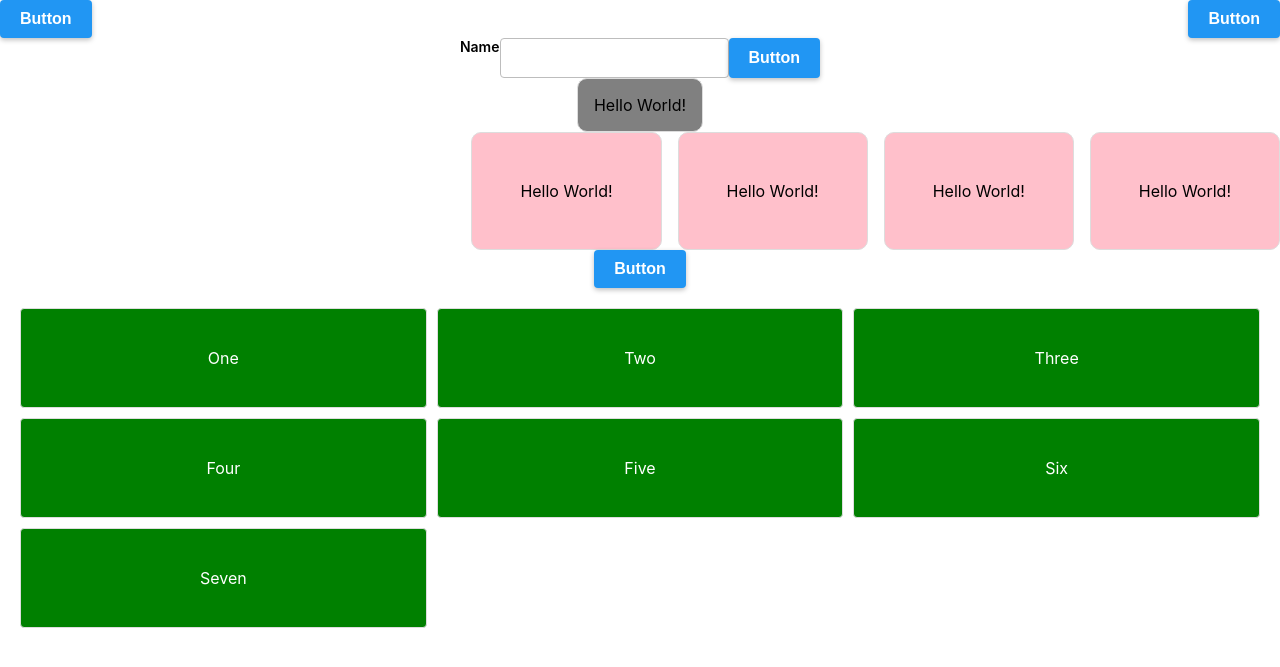
Repository: roistyx/react
Page: /components (app in layouts-app/)
These files come from the project's save history. The page is drawn as it stood at one moment and after the next save; the edit follows.
The browser window is 1280 px wide. The pictures show the whole page.
The project was rebuilt for these pictures with package versions that can differ from the ones it lists, and the page was loaded fresh each time.

Above is the page before, as saved 2023-04-27 15:25:58.

### layouts-app/src/App.js
import React from 'react';
import { Between, SpaceEvenly, Center, FlexEnd } from './layouts/Line';
import { Btn } from './elements/Btn';
import { Rows } from './layouts/Line';
import SearchField from './elements/TextField';
import { AlignCenter } from './layouts/Line';
import { Box } from './layouts/Box';
import { Grid } from './layouts/Grid';

export default function App() {
	return (
		<div>
			<Between>
				<Btn>Button</Btn>
				<Btn>Button</Btn>
			</Between>
			<Rows>
				<AlignCenter>
					<SearchField />
				</AlignCenter>
			</Rows>
			<Center>
				<Box bgColor="grey" borderRadius="10px" gap="1rem">
					<span>Hello World!</span>
				</Box>
			</Center>
			<FlexEnd>
				<Box bgColor="pink" borderRadius="10px" gap="3rem">
					<span>Hello World!</span>
				</Box>
				<Box bgColor="pink" borderRadius="10px" gap="3rem">
					<span>Hello World!</span>
				</Box>
				<Box bgColor="pink" borderRadius="10px" gap="3rem">
					<span>Hello World!</span>
				</Box>
				<Box bgColor="pink" borderRadius="10px" gap="3rem">
					<span>Hello World!</span>
				</Box>
			</FlexEnd>
			<Center>
				<Btn>Button</Btn>
			</Center>
			<Grid gap="20px" bgColor="pink">
				<Box>One</Box>
				<Box>Two</Box>
				<Box>Three</Box>
				<Box>Four</Box>
				<Box>Five</Box>
				<Box>Six</Box>
				<Box>Seven</Box>
			</Grid>
		</div>
	);
}

### layouts-app/src/layouts/Line.js
import './Line.css';

export const Line = ({ children, addClass }) => {
	return <div className={`Line ${addClass || ''}`}>{children}</div>;
};

export const FlexEnd = (props) => {
	return <Line {...props} addClass="flex-end" />;
};

export const Between = (props) => {
	return <Line {...props} addClass="between" />;
};

export const Center = (props) => {
	return <Line {...props} addClass="center" />;
};

export const SpaceEvenly = (props) => {
	return <Line {...props} addClass="evenly" />;
};

export const Rows = (props) => {
	return <Line {...props} addClass="rows" />;
};

export const AlignStart = ({ children }) => {
	return <div className="AlignStart">{children}</div>;
};

export const AlignCenter = ({ children }) => {
	return <div className="AlignCenter">{children}</div>;
};

### layouts-app/src/elements/Btn.js
import { Button } from '@mui/material';
import './Btn.css';
export const Btn = ({ children }) => {
	return (
		<button className="Btn">
			<span>{children}</span>{' '}
		</button>
		// <Button variant="contained" color="primary">
		// 	{' '}
		// 	<span>{children}</span>{' '}
		// </Button>
	);
};

### layouts-app/src/elements/TextField.js
import '../elements/TextField.css';
import React from 'react';
import { Btn } from '../elements/Btn.js';
import { TextField } from '@mui/material';

const SearchField = () => {
	return (
		<div>
			<form class="text-field">
				<label for="name">Name</label>
				<input type="text" id="name" name="name" />
				<Btn>Button</Btn>
			</form>
		</div>
	);
};

export default SearchField;

### layouts-app/src/layouts/Box.js
import './Box.css';

export const Box = ({ bgColor, borderRadius, gap, children }) => {
	const style = {
		...(bgColor ? { '--background': bgColor } : {}),
		...(borderRadius ? { '--border-radius': borderRadius } : {}),
		...(gap ? { '--gap': gap } : {}),
	};

	return (
		<div className="Box" style={style}>
			{children}
		</div>
	);
};

### layouts-app/src/layouts/Grid.js
import './Grid.css';

export const Grid = ({ bgColor, gap, children }) => {
	console.log(bgColor, gap, 'bgColor, gap');
	const style = {
		...(bgColor ? { '--background-color': bgColor } : {}),
		...(gap ? { '--gap': gap } : {}),
	};
	return (
		<div className="Grid" style={style}>
			{children}
		</div>
	);
};

### layouts-app/src/layouts/Line.css
.Line {
	display: flex;
	gap: var(--gap);
	height: 100%;
	align-items: center;
}

.Line.flex-end {
	justify-content: flex-end;
}

.Line.between {
	justify-content: space-between;
}

.Line.center {
	justify-content: center;
}

.Line.evenly {
	justify-content: space-evenly;
}

.Line.around {
	justify-content: space-around;
}

.Line.rows {
	flex-direction: column;
	align-items: stretch;
}

.AlignStart {
	align-self: flex-start;
}

.AlignCenter {
	align-self: center;
}

### layouts-app/src/elements/Btn.css
.Btn {
	display: inline-block;
	padding: 10px 20px;
	font-size: 16px;
	font-weight: 600;
	text-align: center;
	text-decoration: none;
	background-color: #2196f3;
	color: #fff;
	border-radius: 4px;
	border: none;
	cursor: pointer;
	box-shadow: 0px 2px 5px rgba(0, 0, 0, 0.25);
	transition: background-color 0.3s ease;
}
.Btn:hover {
	background-color: #0d6ec3;
}

### layouts-app/src/elements/TextField.css
.text-field {
	display: flex;
	flex-direction: row;
}

.text-field label {
	font-size: 14px;
	font-weight: 600;
	margin-bottom: 5px;
}

.text-field input {
	padding: 10px;
	font-size: 16px;
	border-radius: 4px;
	border: 1px solid #bdbdbd;
	transition: border-color 0.3s ease;
}
.text-field input:focus {
	outline: none;
	border-color: #2196f3;
}

### layouts-app/src/layouts/Box.css
:root {
	--background: green;
	--border: #ddd;
	--gap: 1rem;
	--border-radius: 0.25rem;
}

.Box {
	background-color: var(--background);
	border: 1px solid var(--border);
	padding: var(--gap);
	border-radius: var(--border-radius);
}

### layouts-app/src/layouts/Grid.css
.Grid {
	background-color: var(--bgColor);
	padding: var(--gap, 10px);
	display: grid;
	height: 100%;
	/* grid-template-rows: 60px 1fr 45px; */
	grid-template-columns: repeat(3, 1fr);
	grid-template-rows: 100px 100px 100px;
	gap: 10px;
}

.Grid > * {
	color: white;
	font-size: 16px;
	display: flex;
	align-items: center;
	justify-content: center;
}

/* .Grid > :nth-child(1) {
	background-color: var(--bgColor);
	color: #fff;
}

.Grid > :nth-child(2) {
}

.Grid > :nth-child(3) {
	background-color: #e1e1e1;
} */

Loaded but not shown: layouts-app/public/index.html (common file); layouts-app/src/index.js (common file); layouts-app/src/index.css (common file); layouts-app/src/reportWebVitals.js (common file)

After the next save:
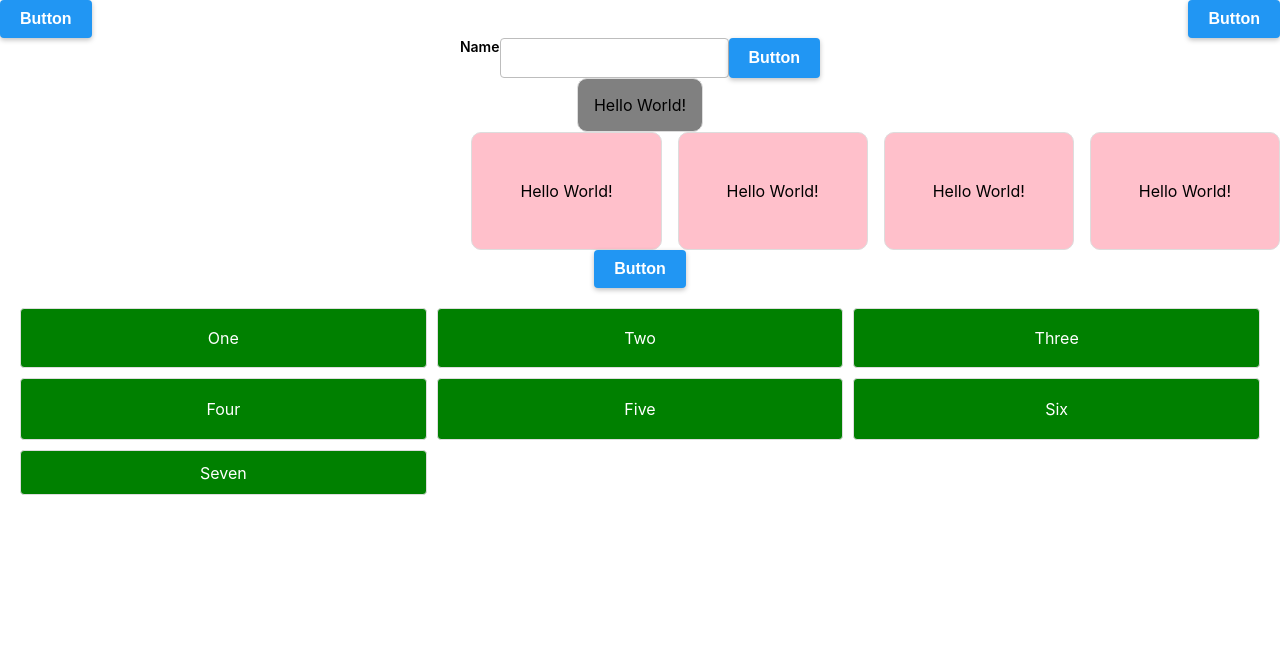
Saved 41 s later.
--- a/layouts-app/src/layouts/Grid.css
+++ b/layouts-app/src/layouts/Grid.css
@@ -3,9 +3,9 @@
 	padding: var(--gap, 10px);
 	display: grid;
 	height: 100%;
-	/* grid-template-rows: 60px 1fr 45px; */
+	grid-template-rows: 60px 1fr 45px;
 	grid-template-columns: repeat(3, 1fr);
-	grid-template-rows: 100px 100px 100px;
+	/* grid-template-rows: 100px 100px 100px; */
 	gap: 10px;
 }
 
